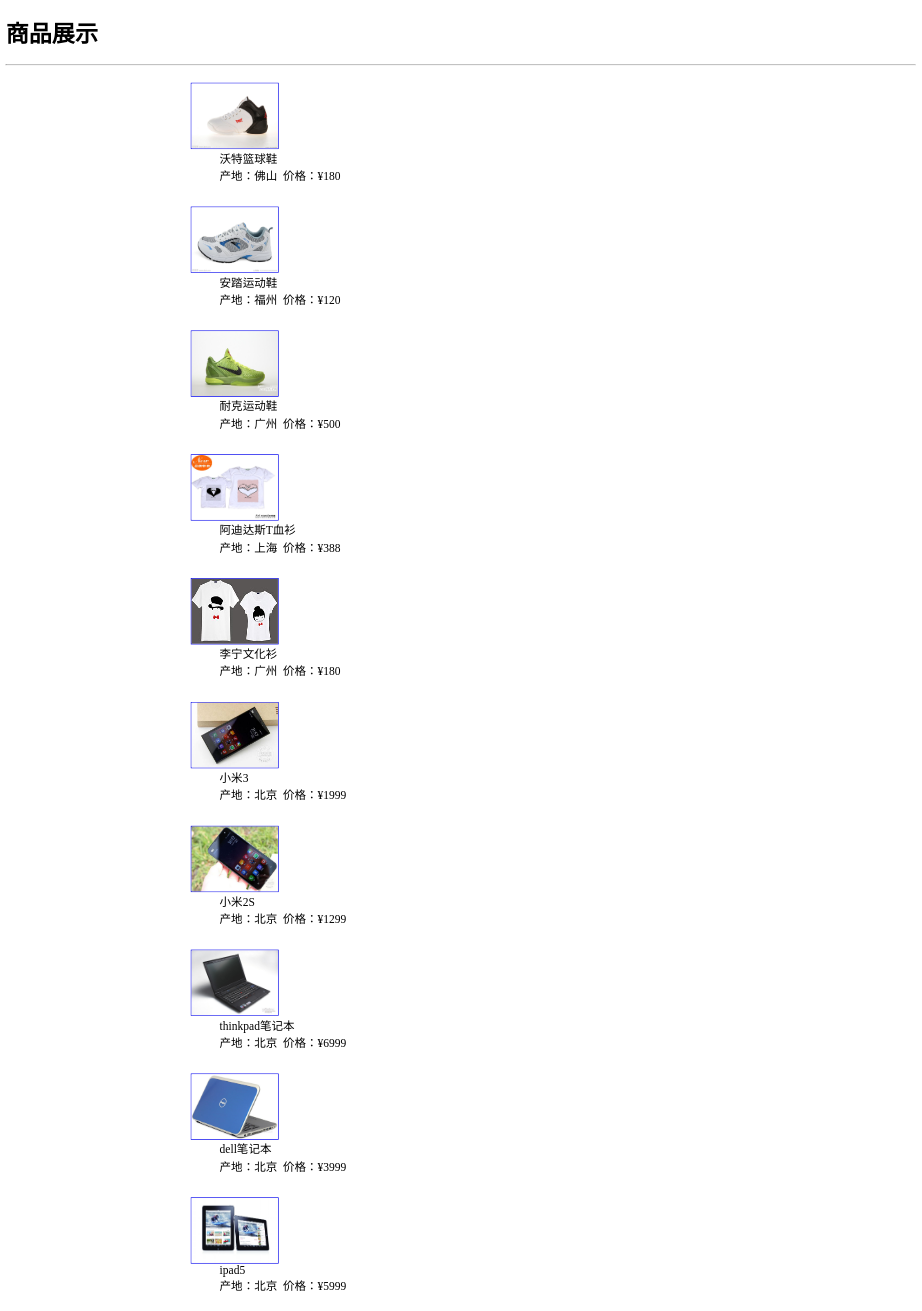
Repository: winxblast/myJavaLearn
Page: http://localhost/JspViewListDemo/
An editor plug-in stored every save of this project. The page is shown before and after a run of saves, followed by the edit.
The browser window is 1280 px wide. The pictures show the whole page, at 72% of full size.
The page is served by Tomcat 9. The database holds what the project's SQL file puts in it.

Above is the page before, as saved 2017-06-04 07:40:42.

### JavaEE/JspViewListDemo/WebContent/index.jsp
<%@page import="entity.Items"%>
<%@page import="java.util.ArrayList"%>
<%@page import="dao.ItemsDAO"%>
<%@ page language="java" contentType="text/html; charset=UTF-8"
    pageEncoding="UTF-8"%>
<!DOCTYPE html PUBLIC "-//W3C//DTD HTML 4.01 Transitional//EN" "http://www.w3.org/TR/html4/loose.dtd">
<html>
<head>
<meta http-equiv="Content-Type" content="text/html; charset=UTF-8">
<title>Insert title here</title>
</head>
<body>
	<h1>商品展示</h1>
	<hr>

	<%
		ItemsDAO itemsDao = new ItemsDAO();
		ArrayList<Items> list = itemsDao.getAllItems();
		for (int i=0; i<list.size(); i++) {

	%>

	<center>
	<table width="750" height="60" cellpadding="0" cellspacing="0" border="0">
		<tr>
			<td>
				<!-- 商品循环开始 -->
				<%
					Items item = list.get(i);
				%>
				<div>
					<dl>
						<dt>
							<a href="details.jsp"><img src="images/<%=item.getPicture() %>" width="120" height="90" border="1"></a>
						</dt>
						<dd class="dd_name"><%=item.getName() %></dd>
						<dd class="dd_city">产地：<%=item.getCity() %>&nbsp;&nbsp;价格：¥<%=item.getPrice() %></dd>
					</dl>
				</div>
				<!-- 商品循环结束 -->
				<%
		}
				%>

			</td>
		</tr>
	</table>
	</center>
</body>
</html>

### JavaEE/JspViewListDemo/src/dao/ItemsDAO.java
package dao;

import java.sql.Connection;
import java.sql.PreparedStatement;
import java.sql.ResultSet;
import java.sql.SQLException;
import java.util.ArrayList;

import entity.Items;
import util.DBHelper;

//商品的业务逻辑类
public class ItemsDAO {

	//获得所有商品的信息
	public ArrayList<Items> getAllItems() {

		Connection conn = null;
		PreparedStatement stmt = null;
		ResultSet rs = null;
		ArrayList<Items> list = new ArrayList<Items>(); //商品集合

		try {
			conn = DBHelper.getConnection();
			String sql = "SELECT * FROM items;"; //SQL语句
			stmt = conn.prepareStatement(sql);
			rs = stmt.executeQuery();
			while (rs.next()) {
				Items item = new Items();
				item.setId(rs.getInt("id"));
				item.setName(rs.getString("name"));
				item.setCity(rs.getString("city"));
				item.setPrice(rs.getInt("price"));
				item.setNumber(rs.getInt("number"));
				item.setPicture(rs.getString("picture"));
				list.add(item); //把一个商品放入集合
			}
			return list; //返回集合
		} catch (SQLException e) {
			e.printStackTrace();
			return null;
		} finally {
			//释放数据集对象
			if (rs!=null) {
				try {
					rs.close();
					rs = null;
				} catch (SQLException e) {
					e.printStackTrace();
				}
			}

			//释放语句对象
			if (stmt!=null) {
				try {
					stmt.close();
					stmt = null;
				} catch (SQLException e) {
					e.printStackTrace();
				}
			}
		}
	}
}

### JavaEE/JspViewListDemo/src/util/DBHelper.java
package util;

import java.sql.Connection;
import java.sql.DriverManager;
import java.sql.SQLException;

public class DBHelper {

	private static final String DRIVER = "com.mysql.jdbc.Driver"; //数据库驱动
	//连接数据库的URL地址
	private static final String URL = "jdbc:mysql://localhost:3306/shopping?useUnicode=true&characterEncoding=UTF-8";
	private static final String USERNAME = "root"; //数据库的用户名
	private static final String PASSWORD = "939672"; // 数据库的密码
	private static Connection conn = null;

	//静态代码块负责加载驱动
	static {
		try {
			Class.forName(DRIVER);
		} catch (ClassNotFoundException e) {
			e.printStackTrace();
		}
	}

	//单例模式返回数据库连接对象
	public static Connection getConnection() {
		if (conn==null) {
			try {
				conn = DriverManager.getConnection(URL, USERNAME, PASSWORD);
			} catch (SQLException e) {
				e.printStackTrace();
			}
			return conn;
		}
		return conn;
	}

	public static void main(String[] args) {

		Connection conn = DBHelper.getConnection();
		if (conn!=null) {
			System.out.println("数据库连接正常");
		} else {
			System.out.println("数据库连接异常");
		}
	}
}

### JavaEE/JspViewListDemo/src/entity/Items.java
package entity;

//商品类
public class Items {

	private int id; // 商品编号
	private String name; // 商品名称
	private String city; // 产地
	private int price; // 价格
	private int number; // 库存
	private String picture; // 商品图片

	public int getId() {
		return id;
	}

	public void setId(int id) {
		this.id = id;
	}

	public String getName() {
		return name;
	}

	public void setName(String name) {
		this.name = name;
	}

	public String getCity() {
		return city;
	}

	public void setCity(String city) {
		this.city = city;
	}

	public int getPrice() {
		return price;
	}

	public void setPrice(int price) {
		this.price = price;
	}

	public int getNumber() {
		return number;
	}

	public void setNumber(int number) {
		this.number = number;
	}

	public String getPicture() {
		return picture;
	}

	public void setPicture(String picture) {
		this.picture = picture;
	}

}

### JavaEE/JspViewListDemo/WebContent/sql/items.sql (the tables this page reads)
CREATE TABLE `items` (
  `id` int(11) NOT NULL auto_increment,
  `name` varchar(50) default NULL,
  `city` varchar(50) default NULL,
  `price` int(11) default NULL,
  `number` int(11) default NULL,
  `picture` varchar(500) default NULL,
  PRIMARY KEY  (`id`)
) ENGINE=InnoDB AUTO_INCREMENT=11 DEFAULT CHARSET=utf8;

INSERT INTO `items` VALUES ('1', '沃特篮球鞋', '佛山', '180', '500', '001.jpg');

INSERT INTO `items` VALUES ('2', '安踏运动鞋', '福州', '120', '800', '002.jpg');

INSERT INTO `items` VALUES ('3', '耐克运动鞋', '广州', '500', '1000', '003.jpg');

INSERT INTO `items` VALUES ('4', '阿迪达斯T血衫', '上海', '388', '600', '004.jpg');

INSERT INTO `items` VALUES ('5', '李宁文化衫', '广州', '180', '900', '005.jpg');

INSERT INTO `items` VALUES ('6', '小米3', '北京', '1999', '3000', '006.jpg');

INSERT INTO `items` VALUES ('7', '小米2S', '北京', '1299', '1000', '007.jpg');

INSERT INTO `items` VALUES ('8', 'thinkpad笔记本', '北京', '6999', '500', '008.jpg');

INSERT INTO `items` VALUES ('9', 'dell笔记本', '北京', '3999', '500', '009.jpg');

INSERT INTO `items` VALUES ('10', 'ipad5', '北京', '5999', '500', '010.jpg');

After the next 2 saves:
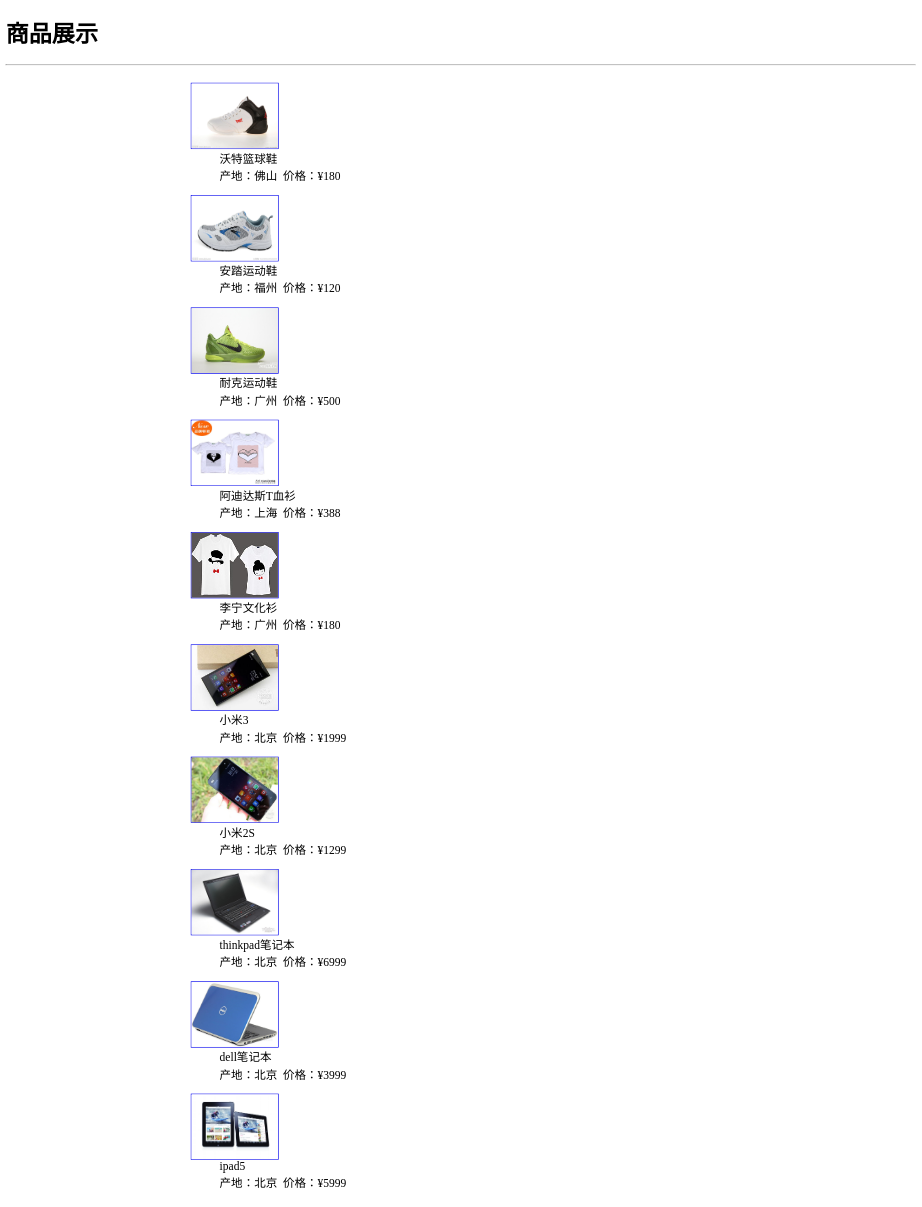
The 2 saves are shown as one change because 1 did not build or start.
The last was saved 3 min 2 s later.
--- a/JavaEE/JspViewListDemo/WebContent/index.jsp
+++ b/JavaEE/JspViewListDemo/WebContent/index.jsp
@@ -13,12 +13,6 @@
 	<h1>商品展示</h1>
 	<hr>
 
-	<%
-		ItemsDAO itemsDao = new ItemsDAO();
-		ArrayList<Items> list = itemsDao.getAllItems();
-		for (int i=0; i<list.size(); i++) {
-
-	%>
 
 	<center>
 	<table width="750" height="60" cellpadding="0" cellspacing="0" border="0">
@@ -26,7 +20,11 @@
 			<td>
 				<!-- 商品循环开始 -->
 				<%
-					Items item = list.get(i);
+					ItemsDAO itemsDao = new ItemsDAO();
+					ArrayList<Items> list = itemsDao.getAllItems();
+					if (list!=null && list.size()>0) {
+						for (int i=0; i<list.size(); i++) {
+							Items item = list.get(i);
 				%>
 				<div>
 					<dl>
@@ -39,7 +37,8 @@
 				</div>
 				<!-- 商品循环结束 -->
 				<%
-		}
+						}
+					}
 				%>
 
 			</td>
